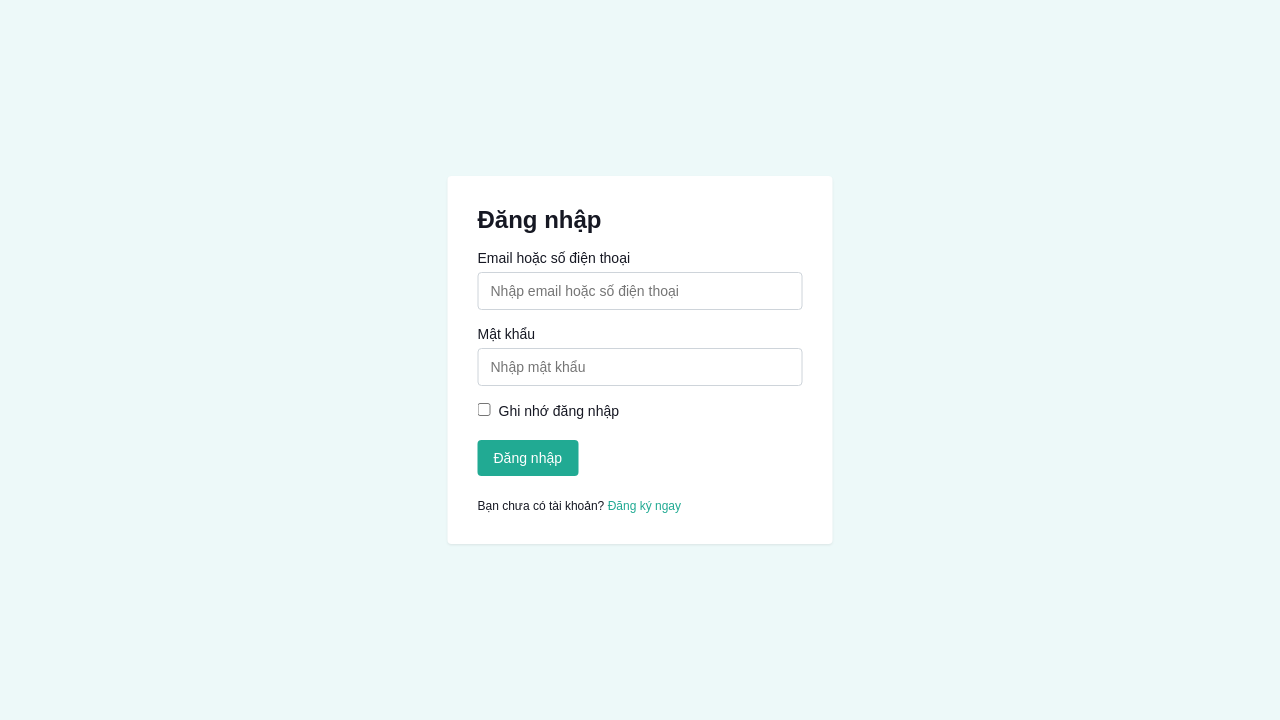
Repository: ntq25012002/chat-app
Page: /
An editor plug-in stored every save of this project. The page is shown before and after the next save, followed by the edit.
The browser window is 1280 px wide. The pictures show the whole page.
The project was rebuilt for these pictures with package versions that can differ from the ones it lists, and the page was loaded fresh each time. Also part of the build but not shown: src/pages/Home/index.js, src/pages/Profile/index.js, src/pages/Chat/index.js, src/pages/NotFound/index.js, src/layouts/components/SideBarListChat/SideBarListChat.module.scss, src/layouts/components/SideBarListChat/index.js, src/layouts/components/SideBar/SideBar.module.scss, src/layouts/components/SideBar/index.js and 1 more.

Above is the page before, as saved 2023-05-24 10:29:22.

After the next save:
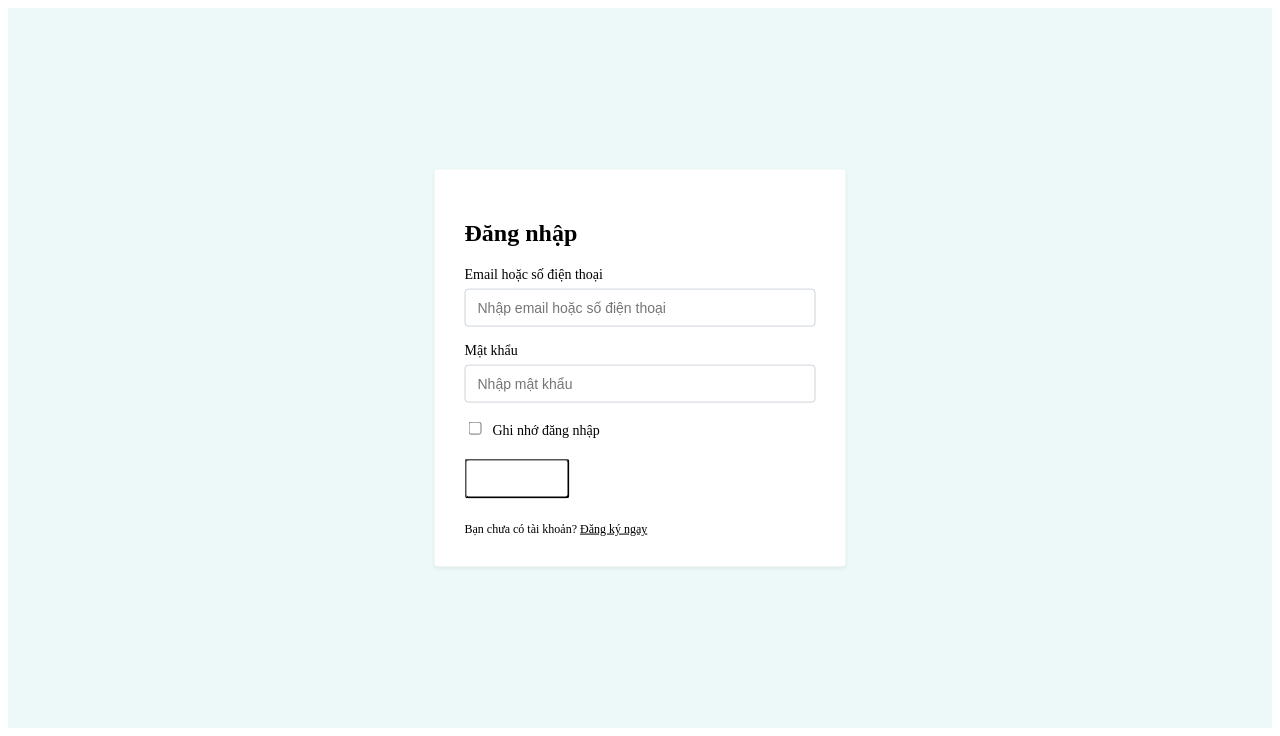
Saved 4 h 26 min later.
--- a/src/components/GlobalStyles/index.js
+++ b/src/components/GlobalStyles/index.js
@@ -1,4 +1,4 @@
-import styles from '~/components/GlobalStyles/GlobalStyle.scss';
+// import styles from '~/components/GlobalStyles/GlobalStyle.scss';
 
 function GlobalStyles({ children }) {
     return children

After the 2 saves that followed:
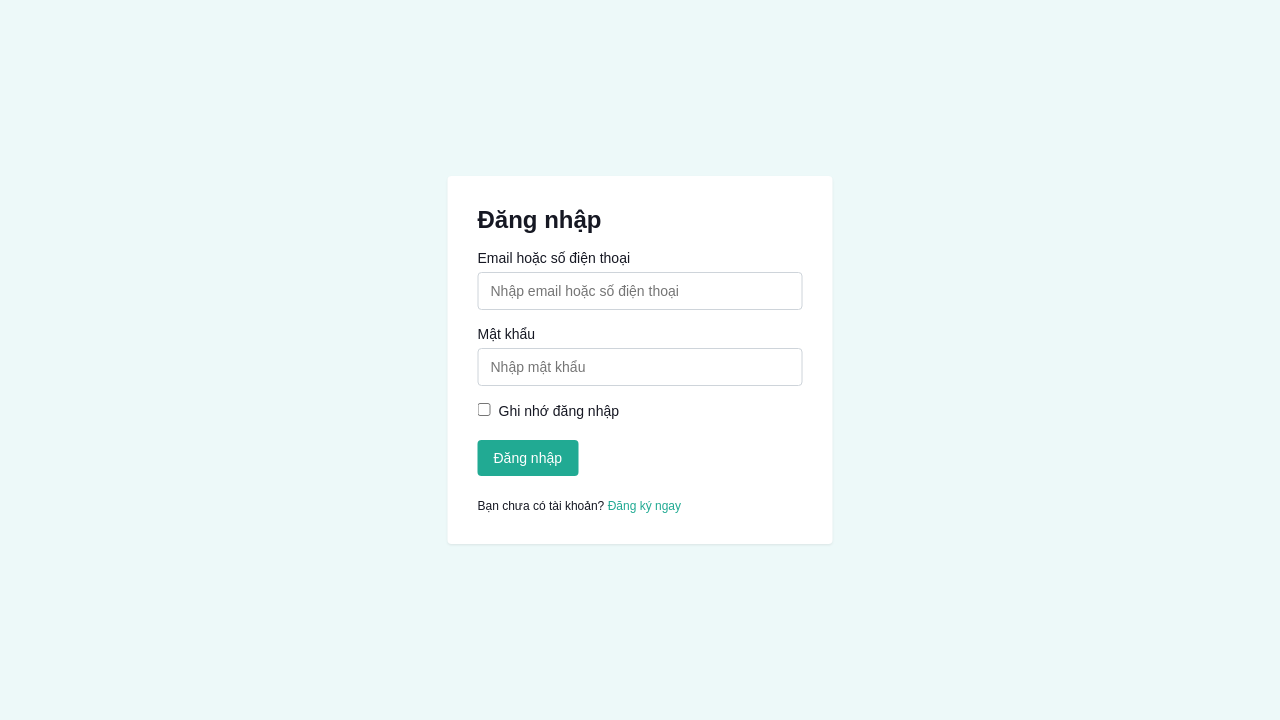
The 2 saves are shown as one change because 1 left the picture as it was.
The last was saved 3 min 11 s later.
--- a/src/components/GlobalStyles/index.js
+++ b/src/components/GlobalStyles/index.js
@@ -1,4 +1,4 @@
-// import styles from '~/components/GlobalStyles/GlobalStyle.scss';
+import styles from '~/components/GlobalStyles/GlobalStyle.scss';
 
 function GlobalStyles({ children }) {
     return children
--- a/src/components/GlobalStyles/GlobalStyle.scss
+++ b/src/components/GlobalStyles/GlobalStyle.scss
@@ -92,6 +92,7 @@ a[href] {
 // BUTTON
 button{
     background-color: transparent;
+    border: none;
     &:hover {
         cursor: pointer;
     }
